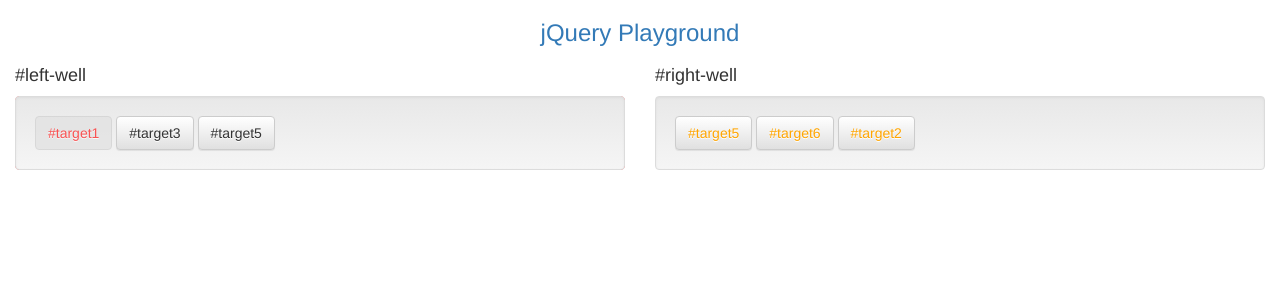
Repository: glgeorgiou/100-days-of-code-projects
Page: Front End Libraries Certification/2.Introduction to jQuery/17.target-even-elements.html
The author's editor kept a copy of each file at every save. The page is drawn from the files as they stood at one save, then again after the next save.
The browser window is 1280 px wide. The pictures show the whole page.

Above is the page before, as saved 2019-05-22 14:25:26.

### Front End Libraries Certification/2.Introduction to jQuery/17.target-even-elements.html
<!DOCTYPE html>
<html lang="en">
<head>
  <meta charset="UTF-8">
  <meta name="viewport" content="width=device-width, initial-scale=1.0">
  <meta http-equiv="X-UA-Compatible" content="ie=edge">
  <title>jQuery Playground</title>

   <!-- Latest compiled and minified CSS -->
   <link rel="stylesheet" href="https://stackpath.bootstrapcdn.com/bootstrap/3.4.1/css/bootstrap.min.css" integrity="sha384-HSMxcRTRxnN+Bdg0JdbxYKrThecOKuH5zCYotlSAcp1+c8xmyTe9GYg1l9a69psu" crossorigin="anonymous">

   <!-- Optional theme -->
   <link rel="stylesheet" href="https://stackpath.bootstrapcdn.com/bootstrap/3.4.1/css/bootstrap-theme.min.css" integrity="sha384-6pzBo3FDv/PJ8r2KRkGHifhEocL+1X2rVCTTkUfGk7/0pbek5mMa1upzvWbrUbOZ" crossorigin="anonymous">

  <script src="jquery-3.4.1.min.js"></script>
</head>

<body>
    <!-- https://api.jquery.com/children/ -->
    <script>
        $(document).ready(function() {
            $("#target1").css("color", "red");
            $("#target1").prop("disabled", true);
            $("#target4").remove();
            $("#target2").appendTo("#right-well");
            $("#target5").clone().appendTo("#left-well");
            $("#target1").parent().css("background-color", "red");
            $("#right-well").children().css("color", "orange");
            $(".target:nth-child(2)").addClass("animated bounce"); //Give a bounce in every two child.
        });
    </script>
  <!-- Only change code above this line. -->

<div class="container-fluid">
  <h3 class="text-primary text-center">jQuery Playground</h3>
  <div class="row">
    <div class="col-xs-6">
      <h4>#left-well</h4>
      <div class="well" id="left-well">
        <button class="btn btn-default target" id="target1">#target1</button>
        <button class="btn btn-default target" id="target2">#target2</button>
        <button class="btn btn-default target" id="target3">#target3</button>
      </div>
    </div>
    <div class="col-xs-6">
      <h4>#right-well</h4>
      <div class="well" id="right-well">
        <button class="btn btn-default target" id="target4">#target4</button>
        <button class="btn btn-default target" id="target5">#target5</button>
        <button class="btn btn-default target" id="target6">#target6</button>
      </div>
    </div>
  </div>
</div>

     <!-- Boostrap-->
        <!-- Latest compiled and minified JavaScript -->
        <script src="https://stackpath.bootstrapcdn.com/bootstrap/3.4.1/js/bootstrap.min.js" integrity="sha384-aJ21OjlMXNL5UyIl/XNwTMqvzeRMZH2w8c5cRVpzpU8Y5bApTppSuUkhZXN0VxHd" crossorigin="anonymous"></script>
</body>
</html>

Loaded but not shown: Front End Libraries Certification/2.Introduction to jQuery/jquery-3.4.1.min.js (library)

After the next save:
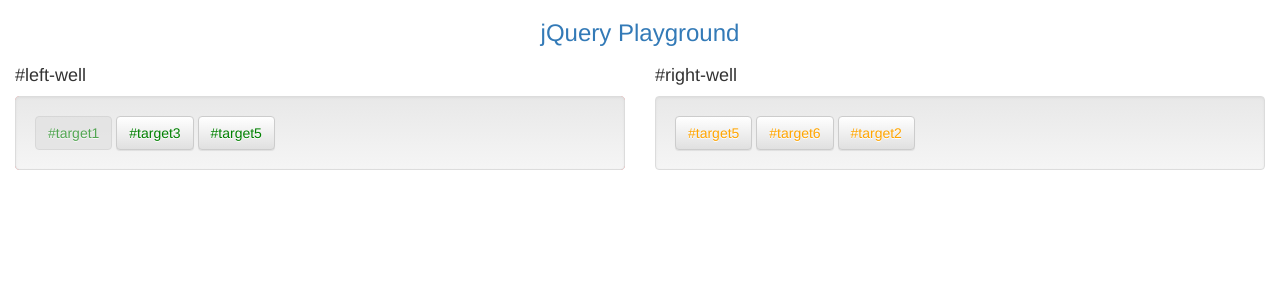
Saved 22 s later.
--- a/Front End Libraries Certification/2.Introduction to jQuery/17.target-even-elements.html
+++ b/Front End Libraries Certification/2.Introduction to jQuery/17.target-even-elements.html
@@ -26,6 +26,7 @@
             $("#target5").clone().appendTo("#left-well");
             $("#target1").parent().css("background-color", "red");
             $("#right-well").children().css("color", "orange");
+            $("#left-well").children().css("color", "green");
             $(".target:nth-child(2)").addClass("animated bounce"); //Give a bounce in every two child.
         });
     </script>
